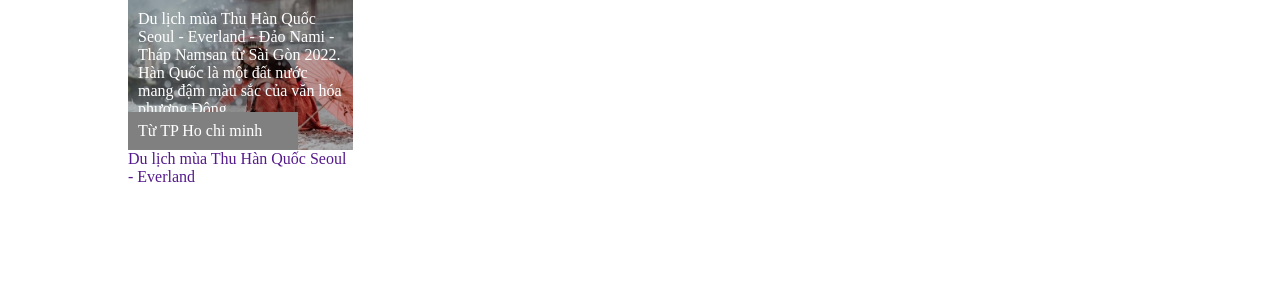
Repository: hoang71299/fe_26
Page: buoi 6/2.html
These files come from the project's save history. The page is drawn as it stood at one moment and after the next save; the edit follows.
The browser window is 1280 px wide. The pictures show the whole page.
The pointer rests on the first visible `.content`.

Above is the page before, as saved 2022-08-30 16:14:32.

After the next save:
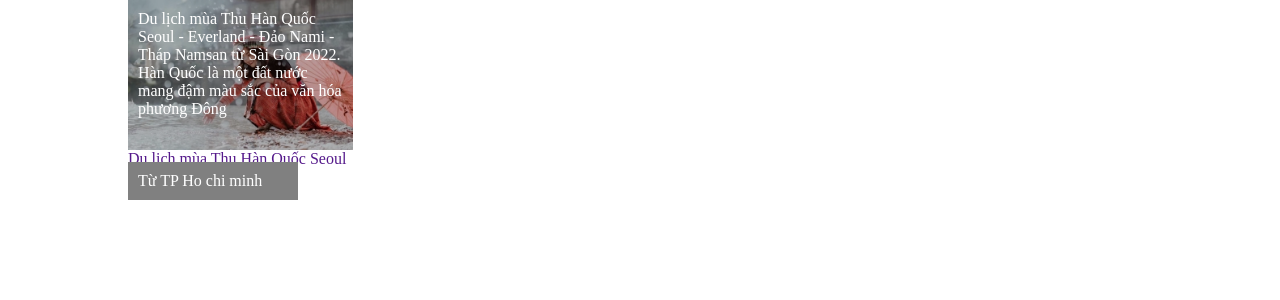
Saved 86 s later.
--- a/buoi 6/2.css
+++ b/buoi 6/2.css
@@ -62,3 +62,6 @@ html,body{
     background-color: gray;
     padding: 10px;
 }
+.content:hover .diadiem{
+    bottom: -50px;
+}
